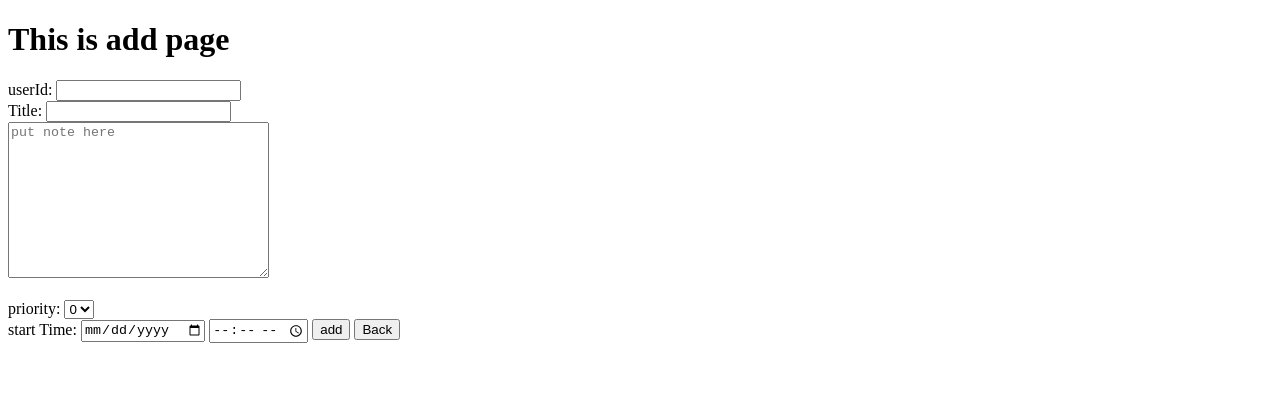
Repository: iamBoWu/CMPT370
Page: http://localhost/addevent
An editor plug-in stored every save of this project. The page is shown before and after the next save, followed by the edit.
The browser window is 1280 px wide. The pictures show the whole page.
The page is this project's Thymeleaf template; nobody is signed in. The template is opened directly, without the code that normally fills it, so the values that code supplies are empty.

Above is the page before, as saved 2020-03-05 19:33:43.

### 370ProjectBackend/370project/src/main/resources/templates/addevent.html
<!DOCTYPE html>
<html lang="en" xmlns:th="http://www.thymeleaf.org">
<head>
<meta charset="UTF-8">
<title>addevent</title>
    <script type="text/javascript" th:src="@{/js/jquery.min.js}" ></script>

	  <script th:inline="javascript">
	    var eventid = [[${session.EventId}]];

	    function submitAdd(){
	    	var req = {};
	    	req.userId = $('#userId').val().trim();
	    	req.eventTitle = $('#eventTitle').val().trim();
	    	req.note = $('#note').val().trim();
	    	req.priority = $('#priority').val().trim();

	    	$.ajax({
	    		  type: "POST",
	    		  url: "/event/addevent",
	    		  data: JSON.stringify(req),
	    		  success: function(){
	    			  back();
	    		  },
	    		  contentType : "application/json"
	    		});
	    }


	    function back(){
	    	location.href = "/calender/";
	    }

	    </script>

</head>
<body>
				<h1>This is add page</h1>


	            	<p1>userId: </p1>
               		<input id="userId" name="userId"  type="text"  th:value="${session.UserId}"  readonly="readonly"><br>
               		<p1 >Title: </p1>
               		<input id="eventTitle"  name="eventTitle"  type="text"  required><br>
					  <textarea id="note" name="note" placeholder="put note here" rows="10" cols="30" required></textarea>
					  <br><br>
               		<p1>priority: </p1>
					  <select id="priority" name="priority">
					    <option value="0">0</option>
					    <option value="1">1</option>
					    <option value="2">2</option>
					    <option value="3">3</option>
					  </select><br>
					<label for="startTime">start Time:</label>
					<input type="date" id="startTime" name="startTime" required>
					<input type="time" id="Time" name="Time" required>



               <button  onclick="submitAdd()">add</button>

               <button onclick="back()" class="button"> Back</button>

</body>
</html>

Loaded but not shown: 370ProjectBackend/370project/src/main/resources/static/js/jquery.min.js (library)

After the next save:
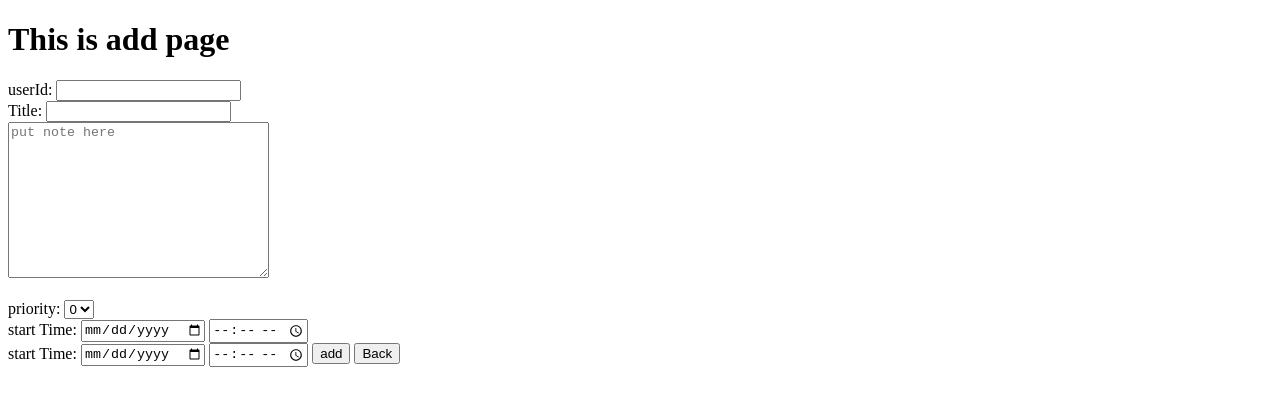
Saved 54 s later.
--- a/370ProjectBackend/370project/src/main/resources/templates/addevent.html
+++ b/370ProjectBackend/370project/src/main/resources/templates/addevent.html
@@ -52,9 +52,12 @@
 					    <option value="3">3</option>
 					  </select><br>
 					<label for="startTime">start Time:</label>
-					<input type="date" id="startTime" name="startTime" required>
-					<input type="time" id="Time" name="Time" required>
-
+					<input type="date"  id="date1" >
+					<input type="time"  id="time1" >
+					<br>
+					<label for="startTime">start Time:</label>
+					<input type="date"  id="date1" >
+					<input type="time"  id="time1" >
 
 
                <button  onclick="submitAdd()">add</button>
